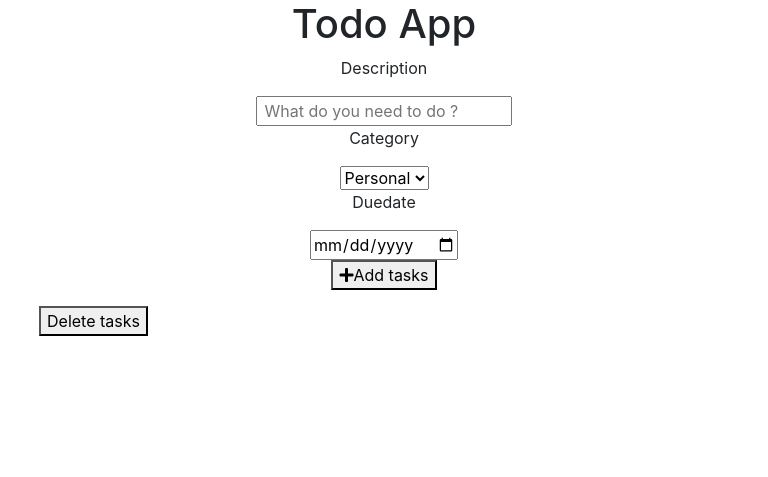
Repository: Sayan-100/Todo-List
Page: http://localhost/
An editor plug-in stored every save of this project. The page is shown before and after the next save, followed by the edit.
The browser window is 768 px wide. The pictures show the whole page.
Some web libraries are served in a nearby version. The page is served by the project's Node server (index.js). Other server files are loaded and not shown. Queries for data that is not in the repository find no rows.

Above is the page before, as saved 2021-12-29 18:57:38.
Not found: js/home.js

### views/home.ejs
<html>

<head>
    <title>
        <%= title %>
    </title>

    <link rel="stylesheet" href="https://stackpath.bootstrapcdn.com/bootstrap/4.5.2/css/bootstrap.min.css" integrity="sha384-JcKb8q3iqJ61gNV9KGb8thSsNjpSL0n8PARn9HuZOnIxN0hoP+VmmDGMN5t9UJ0Z" crossorigin="anonymous">
    <link rel="stylesheet" href="/css/style.css">
    <link rel="stylesheet" href="https://use.fontawesome.com/releases/v5.5.0/css/all.css" integrity="sha384-B4dIYHKNBt8Bc12p+WXckhzcICo0wtJAoU8YZTY5qE0Id1GSseTk6S+L3BlXeVIU" crossorigin="anonymous">

</head>

<body>

    <div class="container">
        <h1> Todo App </h1>
        <form id="create-todo" action="/create_todo" method="POST">
            <div class="description">
                <p>Description</p>
                <input type="text" name="Description" placeholder=" What do you need to do ?" required>
            </div>

            <div class="options">

                <div class="cat">
                    <p>Category</p>
                    <select name="Category" required>
                    <option>Personal</option>
                    <option>Work</option>
                    <option>Cleaning</option>
                    <option>School</option>
                    <option> others</option>
                    </select>
                </div>

                <div class="date">
                    <p>Duedate</p>
                    <input type="date" id="birthday " name="DueDate">
                </div>
            </div>

            <div class="buttons">
                <button type="submit" form="create-todo"><i class="fas fa-plus"></i>Add tasks</button>
            </div>

        </form>


        <button type="submit" form="delete-form">Delete tasks</button>

        <!-- form attribute is used to link the button with the form  by specifying the id -->

        <form id="delete-form" action="/delete-todo" method="POST">
            <ul>
                <% for(let i of todo_list) {%>
                    <li class="single-todo">

                        <div class="check">
                            <input type="checkbox" name="<%=i._id%>" value="">
                            <!-- name attribute is used to take id of selected to do list from the from tag to the controller-->

                            <div class="desc_and_date">
                                <b>
                                    <span class = "date">
                                         <i class="fas fa-calendar-day"></i>
                                        <%= i.Description %>
                                    </span>
                                </b>

                                <span>

                                    <%= i.DueDate  %>
                                </span>

                            </div>
                        </div>

                        <div id="category">
                            <span>
                                <button><%= i.Category %></button>
                            </span>
                        </div>

                    </li>
                    <% } %>
            </ul>

        </form>
    </div>



    <script type="text/javascript" src="/js/home.js">
    </script>

</body>

</html>

### index.js
const express = require('express');
const path = require('path');
const port = 8000;

const db = require('./config/mongoose');
const to_do = require('./models/to-do');

const app = express();

app.set('view engine', 'ejs');
app.set('views', path.join(__dirname, 'views'));

app.use(express.urlencoded());
app.use(express.static('assests'));
app.get('/', function(req, res) {

    //res.send('<h1>cool it is running or is it ?</h1>')
    to_do.find({}, function(err, todos) {
        if (err) {
            console.log('Error in fetching todo from db');
            return;
        }

        return res.render('home', {
            title: "My todo List",
            todo_list: todos
        });
    });

});

app.post('/delete-todo', function(req, res) {
    let id = req.query.id;
    Object.keys(req.body).forEach(function(id) {
        to_do.findByIdAndDelete(id, function(err) {
            if (err) {
                console.log('Error in deleting a object form database');
                return;
            }
        });
        return res.redirect('back');
    })
});

//   to_do.findByIdAndDelete(id, function(err) {
//         if (err) {
//             console.log('Error in deleting a object form database');
//             return;
//         }

//         return res.redirect('back');
//})
app.post('/create_todo', function(req, res) {

    let date = "NO DEADLINE";
    console.log('**********', date);
    if (req.body.DueDate) {
        date = req.body.DueDate;
    }

    to_do.create({
        Description: req.body.Description,
        Category: req.body.Category,
        DueDate: date

    }, function(err, newTodo) {

        if (err) {
            console.log('Error in creating a todo');
            return;
        }

        console.log('**********', newTodo);
        return res.redirect('back');

    });
});


app.listen(port, function(err) {
    if (err) {
        console.log('Error in running server');
    }

    console.log('Yup! my server is running on port', port);
});

### assests/css/style.css
h1 {
    text-align: center;
}

form {
    text-align: center;
}

li {
    list-style: none;
}

input {
    display: inline-block;
}

After the next save:
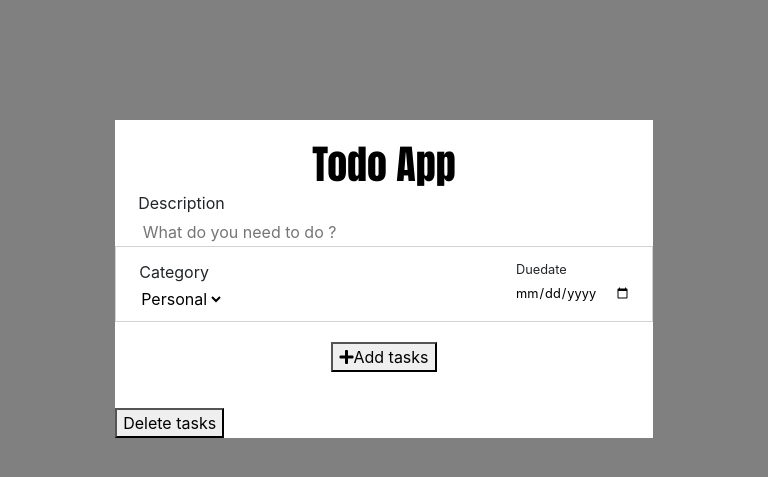
Saved 73 s later.
--- a/assests/css/style.css
+++ b/assests/css/style.css
@@ -1,15 +1,147 @@
+body {
+    background-color: gray;
+    margin: 0;
+}
+
 h1 {
+    color: black;
+    text-align: center;
+    font-family: Impact, Haettenschweiler, 'Arial Narrow Bold', sans-serif;
+    padding: 20px 20px 0px 20px;
+    margin-bottom: 0px;
+}
+
+.container {
+    width: 50%;
+    margin: auto;
+    background-color: white;
+    padding: 0px;
+    margin-top: 120px;
+}
+
+.form-fill {
+    display: flex;
+    flex-direction: column;
+}
+
+.options {
+    display: flex;
+    justify-content: space-between;
+}
+
+input {
+    outline: none;
+    border: 1px solid transparent;
+}
+
+#desc {
+    width: 100%;
+}
+
+p {
+    margin: 3px;
+}
+
+select {
+    outline: none;
+    border: 1px solid transparent;
+    background-color: white;
+    width: 100%;
+}
+
+option {
+    padding: 5px;
+    border: 1px solid transparent;
+}
+
+.description {
+    border: 0px 1px 1px 1px solid lightgray;
+    padding: 0px 20px;
+}
+
+.options {
+    border: 1px solid lightgray;
+    padding: 10px 20px;
+}
+
+.buttons {
+    display: flex;
+    justify-content: center;
+    padding: 20px;
+}
+
+.btn-1 {
+    margin-right: 3px;
+    border-radius: 0px;
+}
+
+.btn-2 {
+    border-radius: 0px;
+}
+
+.submitbtn {
+    display: flex;
+    justify-content: center;
+    padding-bottom: 10px;
+}
+
+.single-todo {
+    display: flex;
+    justify-content: space-between;
+    align-items: center;
+}
+
+.desc_and_date {
+    display: flex;
+    flex-direction: column;
+    margin-left: 15px;
+}
+
+.date {
+    font-size: 0.8rem;
+}
+
+ul {
+    padding: 0;
+}
+
+li {
+    padding: 10px;
+    /* padding-left:30px; */
+    border: 1px solid lightgray;
+}
+
+#category {
+    margin-right: 3%;
+    color: white;
+    padding: 4px;
+    width: 80px;
+    height: 45px;
     text-align: center;
 }
 
-form {
-    text-align: center;
+#category:nth-of-type(2n) {
+    background-color: rgb(12, 12, 63);
 }
 
-li {
-    list-style: none;
+#category span {
+    position: relative;
+    top: 5px;
 }
 
-input {
-    display: inline-block;
+.check {
+    display: flex;
+    align-items: center;
+    justify-content: flex-start;
+    width: 40%;
 }
+
+li:hover {
+    background-color: lightgrey;
+}
+
+@media screen and (max-width:900px) {
+    .container {
+        width: 70%;
+    }
+}
